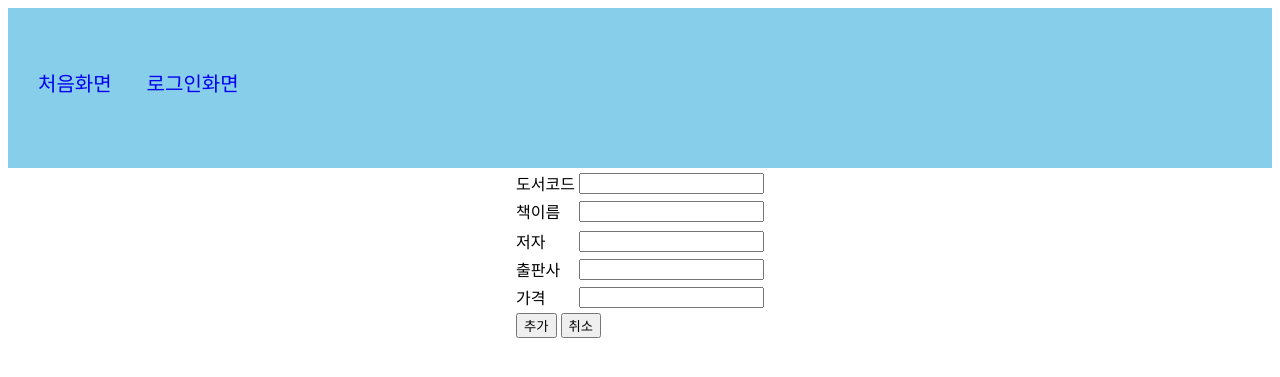
Repository: golddrone7/front
Page: http://localhost/bookproject2/book/bookInput.jsp
These files come from the project's save history. The page is drawn as it stood at one moment and after the next save; the edit follows.
The browser window is 1280 px wide. The pictures show the whole page.
The page is served by Tomcat 9.

Above is the page before, as saved 2023-02-24 03:28:06.

After the next save:
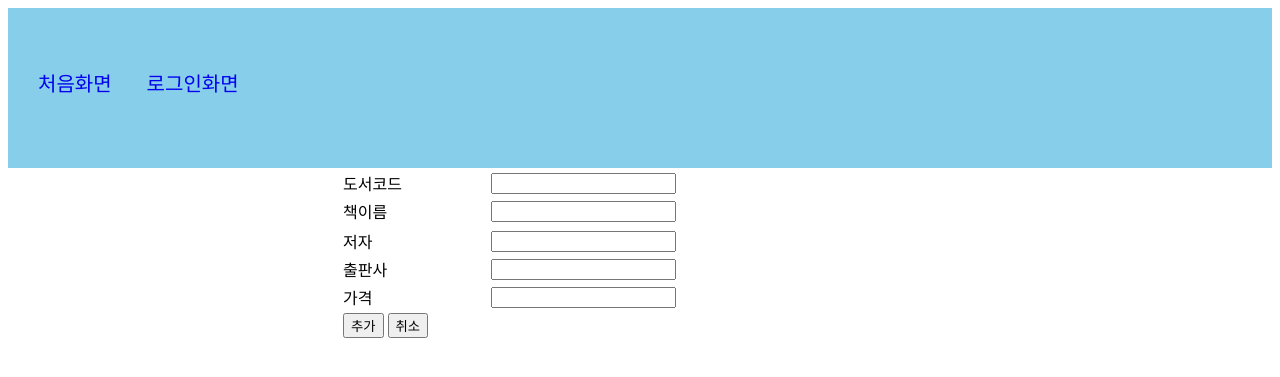
Saved 30 s later.
--- a/bookproject2/web/book/bookInput.jsp
+++ b/bookproject2/web/book/bookInput.jsp
@@ -4,7 +4,7 @@
 
 <div align="center">
 <form action="../input" method="post"></form>
-<table border="0">
+<table border="0" width="600">
 	<tr>
 		<td>도서코드</td>
 		<td><input type="text" name="isbn"></td>
